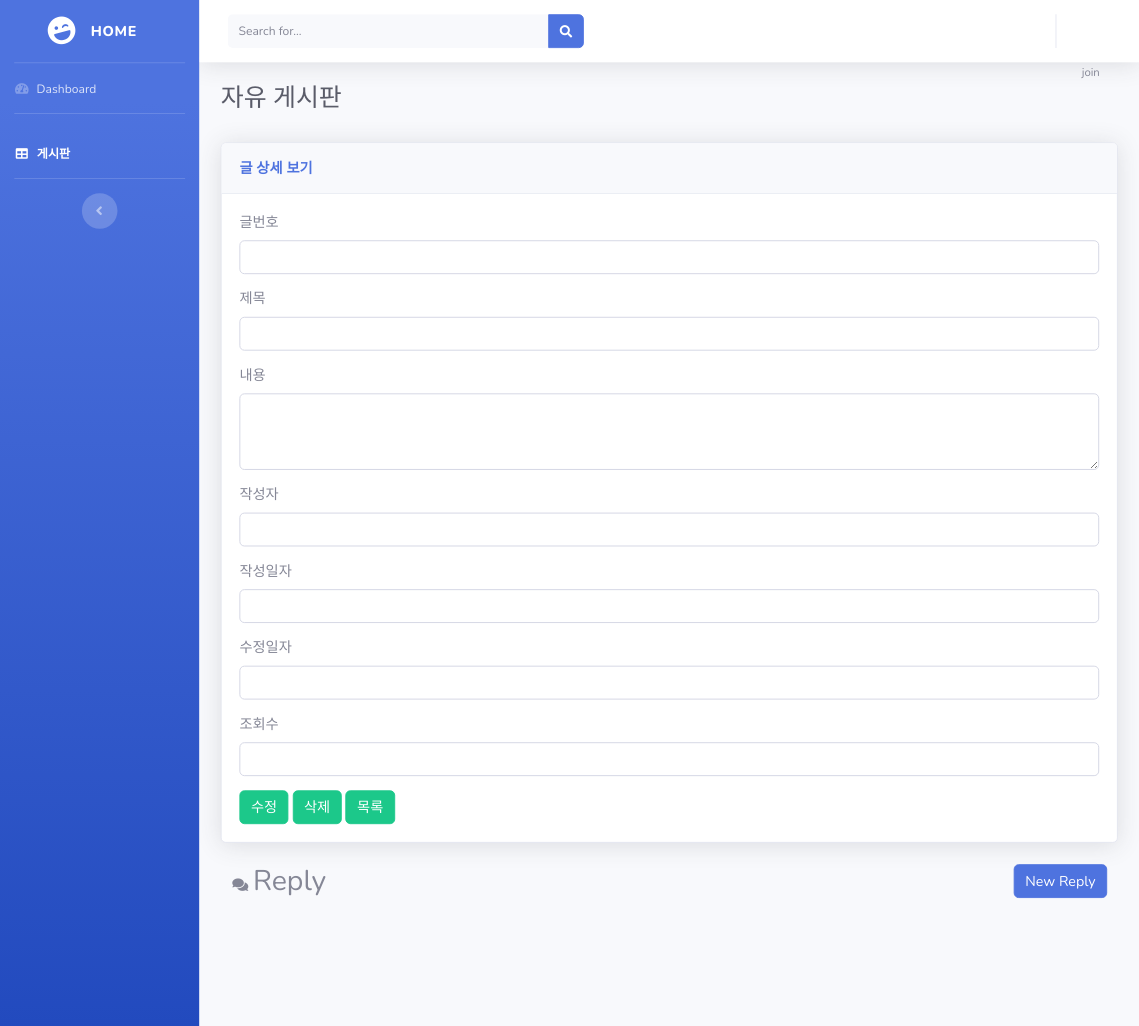
Repository: superThisMe/spring-basic
Page: http://localhost/08.spring-board-b/WEB-INF/views/board/detail.jsp
The author's editor kept a copy of each file at every save. The page is drawn from the files as they stood at one save, then again after the next save.
The browser window is 1280 px wide. The pictures show the whole page, at 89% of full size.
The page is served by Tomcat 9. Nobody is signed in. Other server files are loaded and not shown. The template is opened directly, without the code that normally fills it, so the values that code supplies are empty.

Above is the page before, as saved 2020-01-09 01:28:41.
Console error: TypeError: Cannot read properties of null (reading 'length')

### 08.spring-board-b/src/main/webapp/WEB-INF/views/board/detail.jsp
<%@ page pageEncoding="utf-8" contentType="text/html; charset=utf-8" %>

<!DOCTYPE html>
<html lang="ko">

<head>

  <meta charset="utf-8">
  <meta http-equiv="X-UA-Compatible" content="IE=edge">
  <meta name="viewport" content="width=device-width, initial-scale=1, shrink-to-fit=no">
  <meta name="description" content="">
  <meta name="author" content="">

  <title>SB Admin 2 - Dashboard</title>

  <!-- Custom fonts for this template-->
  <link href="/spring-board-b/resources/vendor/fontawesome-free/css/all.min.css" rel="stylesheet" type="text/css">
  <link href="https://fonts.googleapis.com/css?family=Nunito:200,200i,300,300i,400,400i,600,600i,700,700i,800,800i,900,900i" rel="stylesheet">

  <!-- Custom styles for this template-->
  <link href="/spring-board-b/resources/css/sb-admin-2.min.css" rel="stylesheet">

</head>

<body id="page-top">

  <!-- Page Wrapper -->
  <div id="wrapper">

    <jsp:include page="/WEB-INF/views/modules/sidebar.jsp" />

    <!-- Content Wrapper -->
    <div id="content-wrapper" class="d-flex flex-column">

      <!-- Main Content -->
      <div id="content">

        <jsp:include page="/WEB-INF/views/modules/topbar.jsp" />

        <!-- Begin Page Content -->
        <div class="container-fluid">

          <!-- Page Heading -->
          <h1 class="h3 mb-2 text-gray-800">자유 게시판</h1>
          <br>

          <div class="card shadow mb-4">
            <div class="card-header py-3">
              <span class="m-0 font-weight-bold text-primary">글 상세 보기</span>
            </div>
            <div class="card-body">

               	  <div class="form-group">
		            <label>글번호</label>
		            <input class="form-control" id='bno' name='bno' value='${ board.bno }'>
		          </div>

		          <div class="form-group">
		            <label>제목</label>
		            <input class="form-control" id='title' name='title' value='${ board.title }'>
		          </div>

		          <div class="form-group">
		            <label>내용</label>
		            <textarea class="form-control" rows="3" id='content' name='content'>${ board.content }</textarea>
		          </div>

		          <div class="form-group">
		            <label>작성자</label>
		            <input class="form-control" id='writer' name='writer' value='${ board.writer }'>
		          </div>

		          <div class="form-group">
		            <label>작성일자</label>
		            <input class="form-control" id='regDate' value='${ board.regDate }'>
		          </div>

		          <div class="form-group">
		            <label>수정일자</label>
		            <input class="form-control" id='updateDate' value='${ board.updateDate }'>
		          </div>

		          <div class="form-group">
		            <label>조회수</label>
		            <input class="form-control" id='readCount' value='${ board.readCount }'>
		          </div>

		          <button id="edit-button" type="button" class="btn btn-success">수정</button>
		          <button id="delete-button" type="button" class="btn btn-success">삭제</button>
		          <button id="tolist-button" type="button" class="btn btn-success">목록</button>

            </div>
          </div>


		<div class='rowx'>

			<div class="col-lg-12">

				<div class="panel panel-default">

					<div class="panel-heading">
						<i class="fa fa-comments fa-fw"></i>
						<h2 class="d-inline">Reply</h2>
						<button id='addReplyBtn' class='btn btn-primary btn-xs pull-right float-right'>New Reply</button>
					</div>
					<br>
					<div id="reply-list-container" class="panel-body">

						<jsp:include page="reply-list.jsp" />

					</div>

					<div class="panel-footer">
					</div>

				</div>
			</div>

		</div>

		<br><br><br><br><br>

        </div>
        <!-- /.container-fluid -->
      </div>
      <!-- End of Main Content -->
    </div>
    <!-- End of Content Wrapper -->
  </div>
  <!-- End of Page Wrapper -->

  	<!-- Modal -->
	<div class="modal fade" id="reply-modal" tabindex="-1" role="dialog" aria-labelledby="reply-modal-label" aria-hidden="true">
		<div class="modal-dialog" role="document">
			<div class="modal-content">
				<div class="modal-header">
					<h5 class="modal-title" id="reply-modal-label">댓글 쓰기</h5>
					<button class="close" type="button" data-dismiss="modal" aria-label="Close">
            			<span aria-hidden="true">×</span>
          			</button>
				</div>
				<div class="modal-body">
				<form id="reply-form">
					<div class="form-group">
						<label>Reply</label>
						<input class="form-control" name='reply' id='modal-reply' value=''>
					</div>
					<div class="form-group">
						<label>Replyer</label>
						<input class="form-control" name='replyer' id='modal-replyer' value=''>
					</div>
					<input type="hidden" name='bno' value='${ board.bno }'>
					<input type="hidden" name='rno'>
					<input type="hidden" name='action'> <!-- 댓글 or 대댓글 -->
				</form>
				</div>
				<div class="modal-footer">
					<button id='modalModBtn' type="button" class="btn btn-success">Modify</button>
					<button id='modalRemoveBtn' type="button" class="btn btn-success">Remove</button>
					<button id='modalRegisterBtn' type="button" class="btn btn-success">Register</button>
					<button id='modalCloseBtn' type="button" class="btn btn-success">Close</button>
				</div>
			</div>
			<!-- /.modal-content -->
		</div>
		<!-- /.modal-dialog -->
	</div>
	<!-- /.modal -->

  <%@include file="/WEB-INF/views/modules/common-js.jsp" %>

  <script type="text/javascript">
	$(function() {

		$('input, textarea').attr({'readonly': 'readonly'})

		$('#tolist-button').on('click', function(event) {
			location.href = "list.action?pageNo=${ param.pageNo }&searchType=${ param.searchType }&searchKey=${ param.searchKey }";
		});

		$('#delete-button').on('click', function(event) {

			var yes = confirm("${ board.bno }번 글을 삭제할까요?");
			if (!yes) {
				return;
			}

			//location.href = 'delete.action?bno=${ board.bno }&pageNo=${ param.pageNo }';
			var form =
				makeForm('delete.action', ${ board.bno }, ${ param.pageNo }, '${ param.searchType }', '${ param.searchKey }');
			form.submit();
		});

		$('#edit-button').on('click', function(event) {
			//location.href = "update.action?bno=${ board.bno }";
			var form =
				makeForm('update.action', ${ board.bno }, ${ param.pageNo }, '${ param.searchType }', '${ param.searchKey }');
			form.submit();
		});

		function makeForm(action, bno, pageNo, searchType, searchKey, method="get") {
			var form = $('<form></form>');
			form.attr({
				'action': action,
				'method': method
			});
			form.append($('<input>').attr({
				"type": "hidden",
				"name": "bno",
				"value" : bno })
			);
			form.append($('<input>').attr({
				"type": "hidden",
				"name": "pageNo",
				"value" : pageNo })
			);
			form.append($('<input>').attr({
				"type": "hidden",
				"name": "searchType",
				"value" : searchType })
			);
			form.append($('<input>').attr({
				"type": "hidden",
				"name": "searchKey",
				"value" : searchKey })
			);

			form.appendTo("body");

			return form;
		}

	});

	/////////////////////////////////////////////
	// 댓글 관련 구현

	$(function() {

		$('#addReplyBtn').on('click', function(event) {

			$('#reply-form input[name!=bno]').attr({ "readonly": false }).val("");

			$('#modalModBtn, #modalRemoveBtn').css({ "display": "none" });
			$('#modalRegisterBtn').css({ "display": "inline" });

			$("#reply-form input[name=rno]").val('0');
			$('#reply-form input[name=action]').val('reply');

			//show boot-strap modal
			$('#reply-modal').modal('show');

		});

		$('#modalCloseBtn').on('click', function(event) {
			//hide boot-strap modal
			$('#reply-modal').modal('hide');

		});

		$('#modalRegisterBtn').on('click', function(event) {

			if ($('#modal-reply').val().length == 0) {
				alert("댓글 내용을 입력하세요")
				return;
			}

			// .serializeXXX : form의 모든 입력요소의 데이터를 전송 형식으로 변환
			// var values = $('#reply-form').serialize();
			var values = $('#reply-form').serializeArray();
			// console.log(values); return;

			$.ajax({
				"url": "/spring-board-b/reply/write",
				"method": "post",
				"data": values,
				"success": function(data, status, xhr) {
					$('#reply-modal').modal('hide');

					//1. 비동기 목록 요청 1
					//   댓글 목록 조회 (JSON)
					//   조회된 데이터를 사용해서 javascript로 화면 생성 (HTML)
					//2. 비동기 목록 요청 2
					//   댓글 목록을 사용해서 만들어진 HTML을 수신해서 화면에 적용
					$('#reply-list-container').load("/spring-board-b/reply/list-by/${ board.bno }");

				},
				"error": function(xhr, status, err) {
					alert('댓글 쓰기 실패');
				}
			});
		});

		// 페이지가 로딩되면 즉시 댓글 목록을 비동기 방식으로 요청해서 화면에 적용
		// $('#reply-list-container').load("/spring-board-b/reply/list-by/${ board.bno }");

		// $('.reply-delete').on('click', function(event) {
		$('#reply-list-container').on('click', '.reply-delete', function(event) { // 사라지지 않는 상위객체에 이벤트 전달을 대행시킴 (event delegation)
			var rno = $(this).attr('data-rno'); // this : 이벤트 발생 객체

			var yes = confirm(rno + "번 댓글을 삭제할까요?");
			if (!yes) return;

			$.ajax({
				"url": "/spring-board-b/reply/delete/" + rno,
				"method": "delete",
				//"data": { "rno" : rno },
				"success": function(data, status, xhr) {
					//댓글 목록 갱신
					$('#reply-list-container').load("/spring-board-b/reply/list-by/${ board.bno }");
				},
				"error": function(xhr, status, err) {
				}
			});
		});

		$('#reply-list-container').on('click', '.reply-update', function(event) {

			var rno = $(this).attr("data-rno"); // update button에 설정된 rno
			var li = $("li[data-rno=" + rno + "]"); // rno와 일치하는 li
			var p = li.find("p"); // li에 포함된 p
			var strong = li.find("strong"); // li에 포함된 strong

			$('#reply-form input[name!=bno]').attr({ "readonly": false }).val("");
			// $('#modal-reply').val(p.text().replace(/(^\s*)|(\s*$)/g, ""));
			$('#modal-reply').val($.trim(p.text()));
			$('#modal-replyer').attr({ "readonly": true }).val(strong.text());

			$('#modalRegisterBtn, #modalRemoveBtn').css({ "display": "none" });
			$('#modalModBtn').css({ "display": "inline" });

			$("#reply-form input[name=rno]").val(rno);

			//show boot-strap modal
			$('#reply-modal').modal('show');

		});

		$("#modalModBtn").on('click', function(event) {

			var data = {
				"rno": $("#reply-form input[name=rno]").val(),
				"reply": $("#reply-form input[name=reply]").val()
			};

			$.ajax({
				"url": "/spring-board-b/reply/update",
				"method": "PUT",
				"data": JSON.stringify(data), // JSON Object -> JSON String
				"contentType": "application/json", // PUT method 처리를 위해 설정
				"success": function(result, status, xhr) {
					$("#reply-modal").modal('hide');
					$('#reply-list-container').load("/spring-board-b/reply/list-by/${ board.bno }");
				},
				"error": function(xhr, status, err) {
					alert('댓글 수정 실패');
				}
			});

		});

		$('#reply-list-container').on('click', '.reply-reply', function(event) {

			var rno = $(this).attr("data-rno");

			$('#reply-form input[name!=bno]').attr({ "readonly": false }).val("");

			$('#modalRegisterBtn').css({ "display": "inline" });
			$('#modalModBtn, #modalRemoveBtn').css({ "display": "none" });

			$("#reply-form input[name=rno]").val(rno);
			$('#reply-form input[name=action]').val('re-reply');

			//show boot-strap modal
			$('#reply-modal').modal('show');

		});

	});
  </script>

</body>

</html>

### 08.spring-board-b/src/main/webapp/WEB-INF/views/modules/topbar.jsp
<%@ page language="java"
		 contentType="text/html; charset=utf-8"
    	 pageEncoding="utf-8" %>
<%@ taglib prefix="c" uri="http://java.sun.com/jsp/jstl/core" %>

		<!-- Topbar -->
        <nav class="navbar navbar-expand navbar-light bg-white topbar mb-4 static-top shadow">

          <!-- Sidebar Toggle (Topbar) -->
          <button id="sidebarToggleTop" class="btn btn-link d-md-none rounded-circle mr-3">
            <i class="fa fa-bars"></i>
          </button>

          <!-- Topbar Search -->
          <form class="d-none d-sm-inline-block form-inline mr-auto ml-md-3 my-2 my-md-0 mw-100 navbar-search">
            <div class="input-group">
              <input type="text" class="form-control bg-light border-0 small" placeholder="Search for..." aria-label="Search" aria-describedby="basic-addon2">
              <div class="input-group-append">
                <button class="btn btn-primary" type="button">
                  <i class="fas fa-search fa-sm"></i>
                </button>
              </div>
            </div>
          </form>

          <!-- Topbar Navbar -->
          <ul class="navbar-nav ml-auto">

            <!-- Nav Item - Search Dropdown (Visible Only XS) -->
            <li class="nav-item dropdown no-arrow d-sm-none">
              <a class="nav-link dropdown-toggle" href="#" id="searchDropdown" role="button" data-toggle="dropdown" aria-haspopup="true" aria-expanded="false">
                <i class="fas fa-search fa-fw"></i>
              </a>
              <!-- Dropdown - Messages -->
              <div class="dropdown-menu dropdown-menu-right p-3 shadow animated--grow-in" aria-labelledby="searchDropdown">
                <form class="form-inline mr-auto w-100 navbar-search">
                  <div class="input-group">
                    <input type="text" class="form-control bg-light border-0 small" placeholder="Search for..." aria-label="Search" aria-describedby="basic-addon2">
                    <div class="input-group-append">
                      <button class="btn btn-primary" type="button">
                        <i class="fas fa-search fa-sm"></i>
                      </button>
                    </div>
                  </div>
                </form>
              </div>
            </li>

            <!-- Nav Item - Alerts -->
            <li class="nav-item dropdown no-arrow mx-1">
              <a class="nav-link dropdown-toggle" href="#" id="alertsDropdown" role="button" data-toggle="dropdown" aria-haspopup="true" aria-expanded="false">
                <i class="fas fa-bell fa-fw"></i>
                <!-- Counter - Alerts -->
                <span class="badge badge-danger badge-counter">3+</span>
              </a>
              <!-- Dropdown - Alerts -->
              <div class="dropdown-list dropdown-menu dropdown-menu-right shadow animated--grow-in" aria-labelledby="alertsDropdown">
                <h6 class="dropdown-header">
                  Alerts Center
                </h6>
                <a class="dropdown-item d-flex align-items-center" href="#">
                  <div class="mr-3">
                    <div class="icon-circle bg-primary">
                      <i class="fas fa-file-alt text-white"></i>
                    </div>
                  </div>
                  <div>
                    <div class="small text-gray-500">December 12, 2019</div>
                    <span class="font-weight-bold">A new monthly report is ready to download!</span>
                  </div>
                </a>
                <a class="dropdown-item d-flex align-items-center" href="#">
                  <div class="mr-3">
                    <div class="icon-circle bg-success">
                      <i class="fas fa-donate text-white"></i>
                    </div>
                  </div>
                  <div>
                    <div class="small text-gray-500">December 7, 2019</div>
                    $290.29 has been deposited into your account!
                  </div>
                </a>
                <a class="dropdown-item d-flex align-items-center" href="#">
                  <div class="mr-3">
                    <div class="icon-circle bg-warning">
                      <i class="fas fa-exclamation-triangle text-white"></i>
                    </div>
                  </div>
                  <div>
                    <div class="small text-gray-500">December 2, 2019</div>
                    Spending Alert: We've noticed unusually high spending for your account.
                  </div>
                </a>
                <a class="dropdown-item text-center small text-gray-500" href="#">Show All Alerts</a>
              </div>
            </li>

            <!-- Nav Item - Messages -->
            <li class="nav-item dropdown no-arrow mx-1">
              <a class="nav-link dropdown-toggle" href="#" id="messagesDropdown" role="button" data-toggle="dropdown" aria-haspopup="true" aria-expanded="false">
                <i class="fas fa-envelope fa-fw"></i>
                <!-- Counter - Messages -->
                <span class="badge badge-danger badge-counter">7</span>
              </a>
              <!-- Dropdown - Messages -->
              <div class="dropdown-list dropdown-menu dropdown-menu-right shadow animated--grow-in" aria-labelledby="messagesDropdown">
                <h6 class="dropdown-header">
                  Message Center
                </h6>
                <a class="dropdown-item d-flex align-items-center" href="#">
                  <div class="dropdown-list-image mr-3">
                    <img class="rounded-circle" src="https://source.unsplash.com/fn_BT9fwg_E/60x60" alt="">
                    <div class="status-indicator bg-success"></div>
                  </div>
                  <div class="font-weight-bold">
                    <div class="text-truncate">Hi there! I am wondering if you can help me with a problem I've been having.</div>
                    <div class="small text-gray-500">Emily Fowler · 58m</div>
                  </div>
                </a>
                <a class="dropdown-item d-flex align-items-center" href="#">
                  <div class="dropdown-list-image mr-3">
                    <img class="rounded-circle" src="https://source.unsplash.com/AU4VPcFN4LE/60x60" alt="">
                    <div class="status-indicator"></div>
                  </div>
                  <div>
                    <div class="text-truncate">I have the photos that you ordered last month, how would you like them sent to you?</div>
                    <div class="small text-gray-500">Jae Chun · 1d</div>
                  </div>
                </a>
                <a class="dropdown-item d-flex align-items-center" href="#">
                  <div class="dropdown-list-image mr-3">
                    <img class="rounded-circle" src="https://source.unsplash.com/CS2uCrpNzJY/60x60" alt="">
                    <div class="status-indicator bg-warning"></div>
                  </div>
                  <div>
                    <div class="text-truncate">Last month's report looks great, I am very happy with the progress so far, keep up the good work!</div>
                    <div class="small text-gray-500">Morgan Alvarez · 2d</div>
                  </div>
                </a>
                <a class="dropdown-item d-flex align-items-center" href="#">
                  <div class="dropdown-list-image mr-3">
                    <img class="rounded-circle" src="https://source.unsplash.com/Mv9hjnEUHR4/60x60" alt="">
                    <div class="status-indicator bg-success"></div>
                  </div>
                  <div>
                    <div class="text-truncate">Am I a good boy? The reason I ask is because someone told me that people say this to all dogs, even if they aren't good...</div>
                    <div class="small text-gray-500">Chicken the Dog · 2w</div>
                  </div>
                </a>
                <a class="dropdown-item text-center small text-gray-500" href="#">Read More Messages</a>
              </div>
            </li>

            <div class="topbar-divider d-none d-sm-block"></div>

            <!-- Nav Item - User Information -->
            <li class="nav-item dropdown no-arrow">
            <c:choose>
            	<c:when test="${ empty sessionScope.loginuser }">
	            	<a class="nav-link dropdown-toggle" href="#" id="login" role="button" aria-expanded="false">
	            		<span class="mr-2 d-none d-lg-inline text-gray-600 small">login</span>
	           		</a>
	           		&nbsp;
	           		<a class="nav-link dropdown-toggle" href="#" id="join" role="button" aria-expanded="false">
	            		<span class="mr-2 d-none d-lg-inline text-gray-600 small">join</span>
	           		</a>
            	</c:when>
            	<c:otherwise>
	            	<a class="nav-link dropdown-toggle" href="#" id="userDropdown" role="button" data-toggle="dropdown" aria-haspopup="true" aria-expanded="false">
	            		<span class="mr-2 d-none d-lg-inline text-gray-600 small">Valerie Luna</span>
	       				<img class="img-profile rounded-circle" src="https://source.unsplash.com/QAB-WJcbgJk/60x60">
	           		</a>
	       		    <!-- Dropdown - User Information -->
	            	<div class="dropdown-menu dropdown-menu-right shadow animated--grow-in" aria-labelledby="userDropdown">
	                	<a class="dropdown-item" href="#">
	                	<i class="fas fa-user fa-sm fa-fw mr-2 text-gray-400"></i>
	                	Profile
	               		</a>
	                	<a class="dropdown-item" href="#">
	                	<i class="fas fa-cogs fa-sm fa-fw mr-2 text-gray-400"></i>
	                  	Settings
	                	</a>
	                	<a class="dropdown-item" href="#">
	                  	<i class="fas fa-list fa-sm fa-fw mr-2 text-gray-400"></i>
	                  	Activity Log
	                	</a>
	                	<div class="dropdown-divider"></div>
	                	<a class="dropdown-item" href="#" data-toggle="modal" data-target="#logoutModal">
	                  	<i class="fas fa-sign-out-alt fa-sm fa-fw mr-2 text-gray-400"></i>
	                  	Logout
	                	</a>
	              	</div>
            	</c:otherwise>

             </c:choose>
            </li>

          </ul>

        </nav>
        <!-- End of Topbar -->

Loaded but not shown: 08.spring-board-b/src/main/webapp/resources/css/sb-admin-2.min.css (library); 08.spring-board-b/src/main/webapp/resources/js/sb-admin-2.min.js (common file); 08.spring-board-b/src/main/webapp/resources/js/demo/chart-area-demo.js (common file); 08.spring-board-b/src/main/webapp/resources/js/demo/chart-pie-demo.js (common file); 08.spring-board-b/src/main/webapp/resources/js/sidebar.js (10 lines, source omitted); 08.spring-board-b/src/main/webapp/WEB-INF/views/modules/sidebar.jsp (46 lines, source omitted); 08.spring-board-b/src/main/webapp/WEB-INF/views/board/reply-list.jsp (35 lines, source omitted); 08.spring-board-b/src/main/webapp/WEB-INF/views/modules/common-js.jsp (22 lines, source omitted)

After the next save:
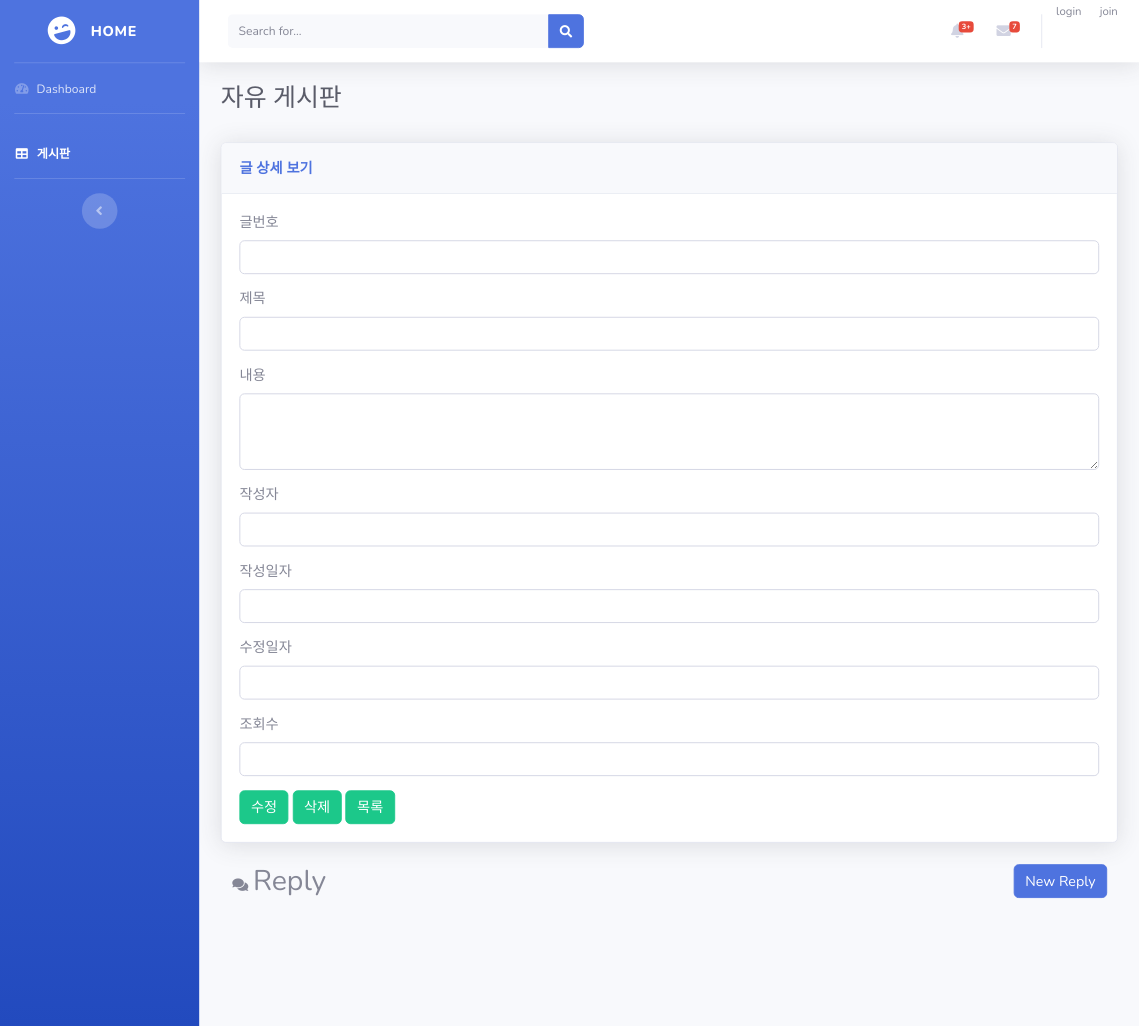
Saved 19 s later.
--- a/08.spring-board-b/src/main/webapp/WEB-INF/views/modules/topbar.jsp
+++ b/08.spring-board-b/src/main/webapp/WEB-INF/views/modules/topbar.jsp
@@ -157,11 +157,11 @@
             <li class="nav-item dropdown no-arrow">
             <c:choose>
             	<c:when test="${ empty sessionScope.loginuser }">
-	            	<a class="nav-link dropdown-toggle" href="#" id="login" role="button" aria-expanded="false">
+	            	<a href="#" id="login" role="button" aria-expanded="false">
 	            		<span class="mr-2 d-none d-lg-inline text-gray-600 small">login</span>
 	           		</a>
 	           		&nbsp;
-	           		<a class="nav-link dropdown-toggle" href="#" id="join" role="button" aria-expanded="false">
+	           		<a href="#" id="join" role="button" aria-expanded="false">
 	            		<span class="mr-2 d-none d-lg-inline text-gray-600 small">join</span>
 	           		</a>
             	</c:when>
